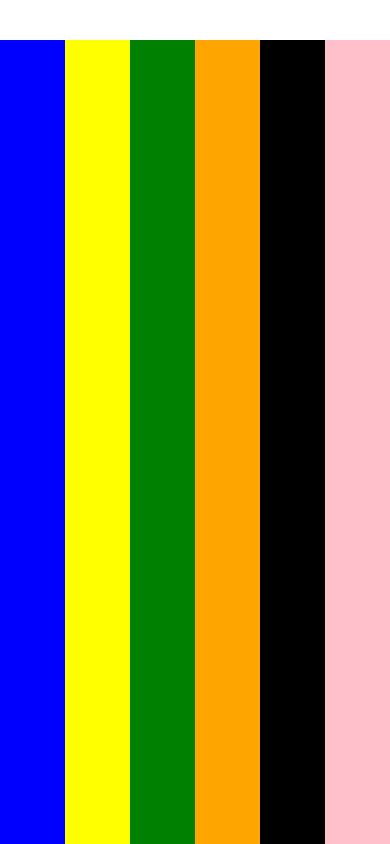
Repository: akinmiday/ReactNativeApp
Screen: /
An editor plug-in stored every save of this project. The screen is shown before and after the next save, followed by the edit.
The app was drawn by React Native's web renderer in a window 390 px wide. The project was rebuilt for these pictures with package versions that can differ from the ones it lists, and the page was loaded fresh each time.

Above is the screen before, as saved 2023-08-03 18:52:50.

### App.js
import { useEffect, useState } from "react";
import {
  View,
  Text,
  TextInput,
  Button,
  Alert,
  TouchableWithoutFeedback,
  Keyboard,
  TouchableOpacity,
} from "react-native";
import styles from "./styles";

export default function App() {
  const { container, label } = styles;

  return (
    <View style={container}>
      <View style={{ backgroundColor: "blue", flex: 1 }}></View>
      <View style={{ backgroundColor: "yellow", flex: 1 }}></View>
      <View style={{ backgroundColor: "green", flex: 1 }}></View>
      <View style={{ backgroundColor: "orange", flex: 1 }}></View>
      <View style={{ backgroundColor: "black", flex: 1 }}></View>
      <View style={{ backgroundColor: "pink", flex: 1 }}></View>
    </View>
  );
}

### styles.js
import { StyleSheet } from "react-native";

const styles = StyleSheet.create({
  container: {
    marginTop: 40,
    backgroundColor: "#fff",
    flex: 1,
    flexDirection: "row",
  },
});

export default styles;

After the next save:
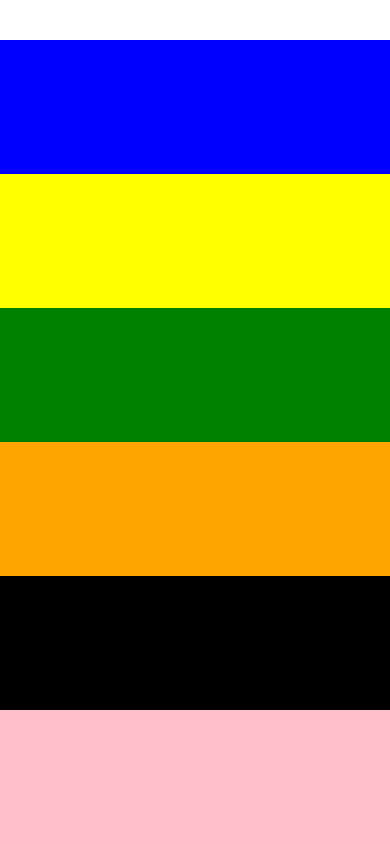
Saved 67 s later.
--- a/styles.js
+++ b/styles.js
@@ -5,7 +5,6 @@ const styles = StyleSheet.create({
     marginTop: 40,
     backgroundColor: "#fff",
     flex: 1,
-    flexDirection: "row",
   },
 });
 
